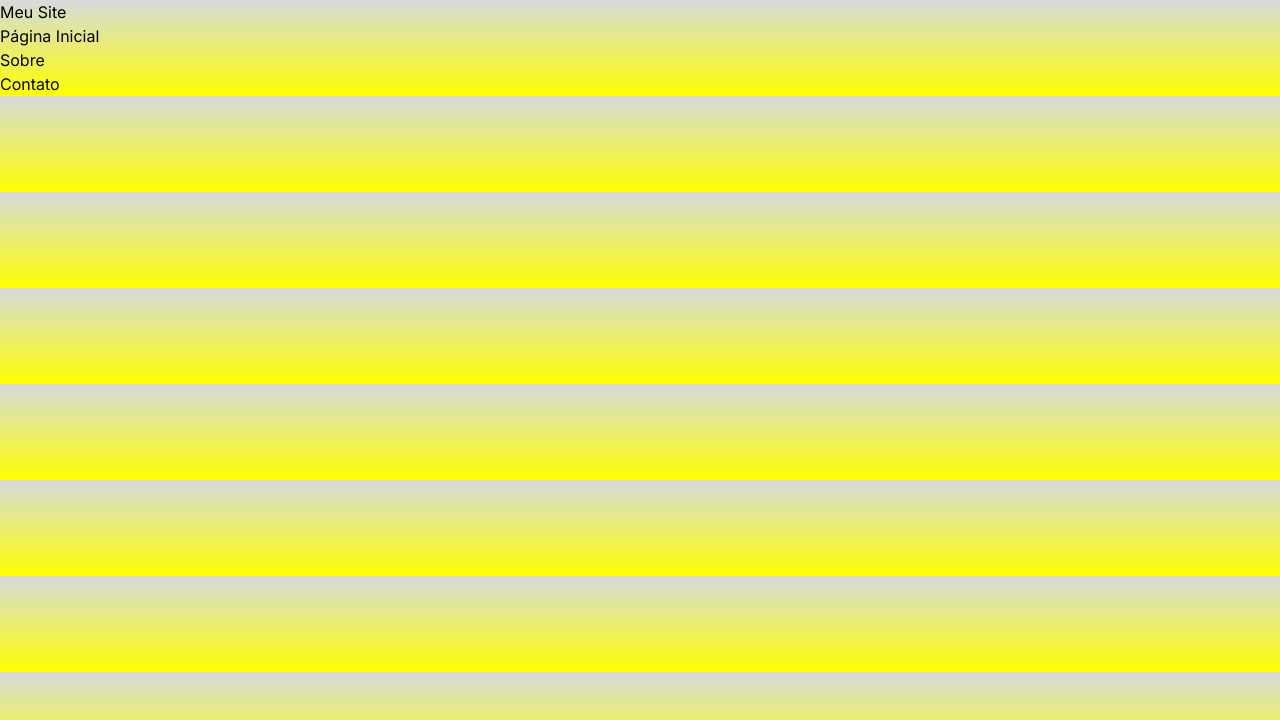
Repository: Deyvid-Kasteh/kasteh_portfolio
Page: /
These files come from the project's save history. The page is drawn as it stood at one moment and after the next save; the edit follows.
The browser window is 1280 px wide. The pictures show the whole page.
The project was rebuilt for these pictures with package versions that can differ from the ones it lists, and the page was loaded fresh each time. The framework's server and built-in components were replaced by stand-ins that run in the browser. Also part of the build but not shown: next.config.mjs.

Above is the page before, as saved 2024-03-24 00:53:04.

After the next save:
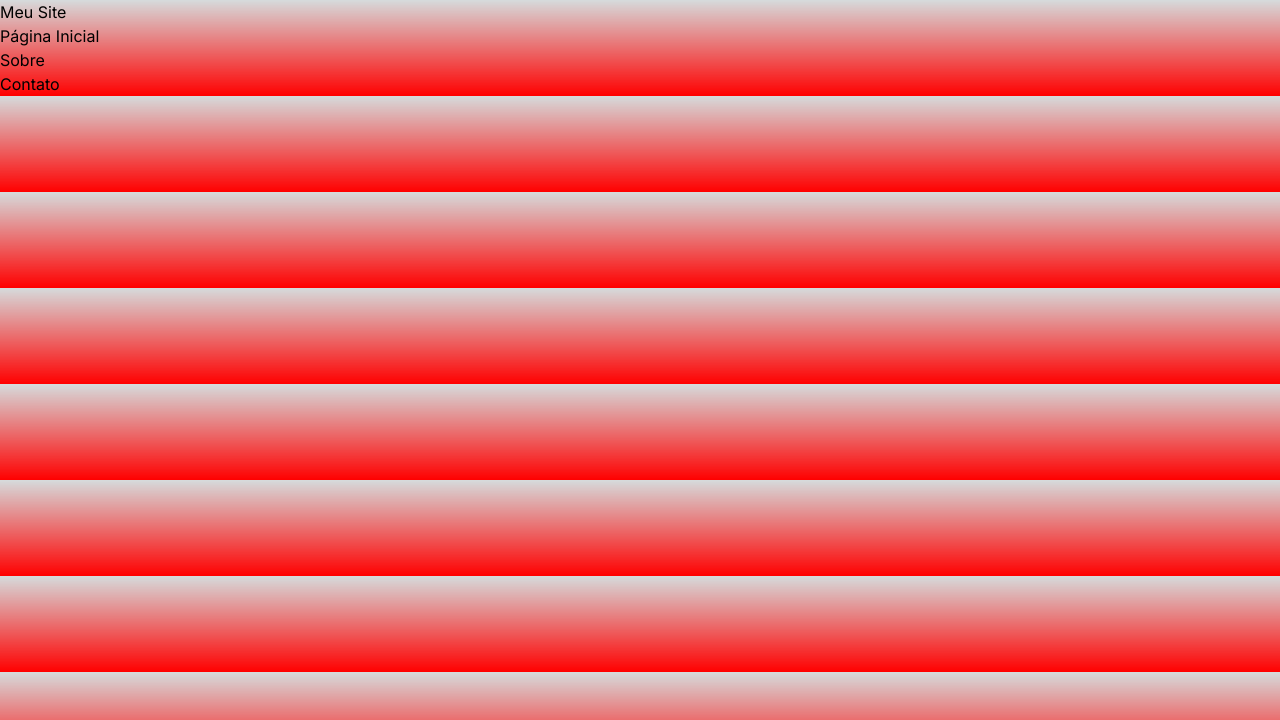
Saved 12 s later.
--- a/src/app/globals.css
+++ b/src/app/globals.css
@@ -5,7 +5,7 @@
 :root {
   --foreground-rgb: 0, 0, 0;
   --background-start-rgb: 214, 219, 220;
-  --background-end-rgb: 255, 255, 000;
+  --background-end-rgb: 255, 0, 000;
 }
 
 @media (prefers-color-scheme: dark) {
